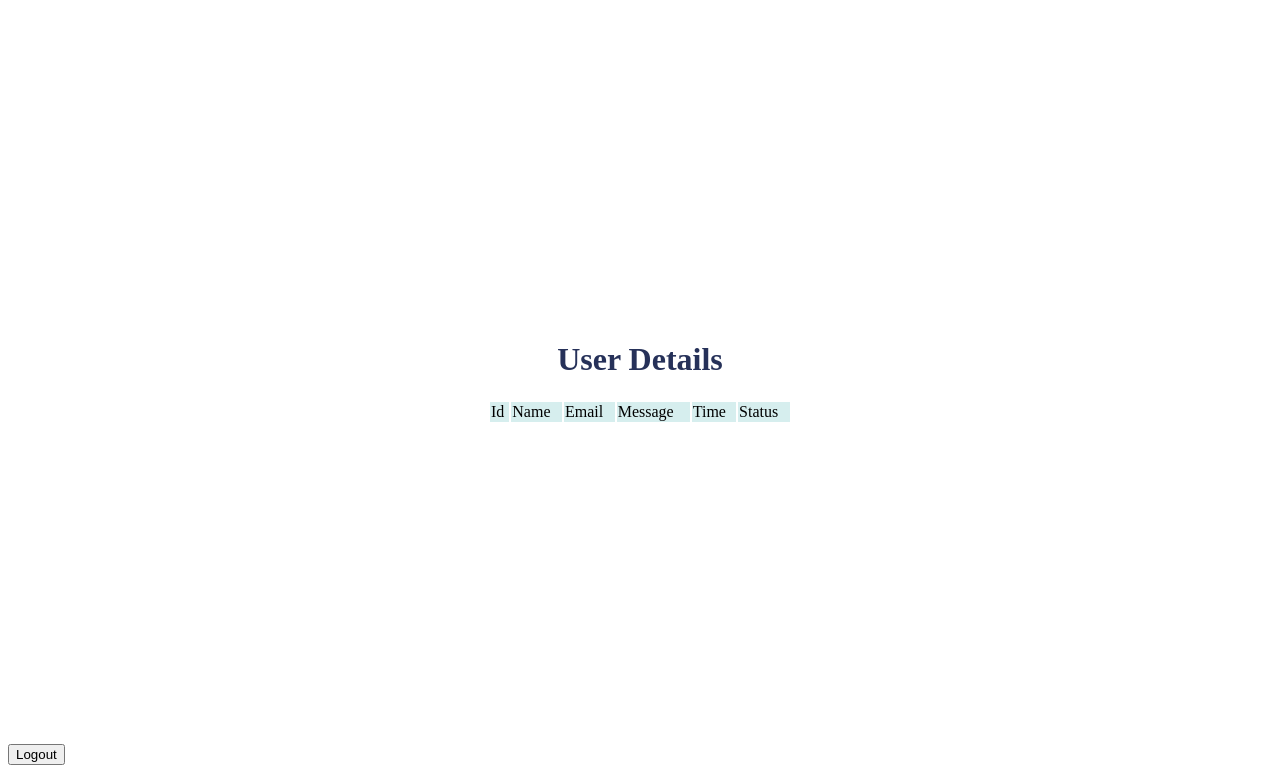
Repository: Shivamkr522/Contact_Us_Page
Page: http://localhost/ContactUs/dashboard
The author's editor kept a copy of each file at every save. The page is drawn from the files as they stood at one save, then again after the next save.
The browser window is 1280 px wide. The pictures show the whole page.
The page is served by Tomcat 9. The session is filled in as if someone had signed in: {"admin": "testuser"}. Other server files are loaded and not shown. Queries for data that is not in the repository find no rows.

Above is the page before, as saved 2022-12-12 06:39:07.

### ContactUs/src/main/webapp/dashboard.jsp
<%@ page language="java" contentType="text/html; charset=UTF-8"
    pageEncoding="UTF-8"  import="java.util.*, com.contactus.Request"%>
<%@ taglib uri="http://java.sun.com/jsp/jstl/core" prefix="c"%>
<!DOCTYPE html>
<html>
<head>
<meta charset="UTF-8">
<title>User Dashboard</title>
<link rel="stylesheet" href="dashboard.css">
</head>
<body>
	<%
		response.setHeader("Cache-Control", "no-cache, no-store, must-revalidate");
		if(session.getAttribute("admin")==null){
			response.sendRedirect("login.jsp");
		}
		session.getAttribute("contactUsData");
	%>
	<div id="table-content">
		<h1>User Details</h1>
		<table>
		<thead>
			<tr>
				<td>Id</td>
				<td>Name</td>
				<td>Email</td>
				<td>Message</td>
				<td>Time</td>
				<td>Status</td>
			</tr>
		</thead>
		<tbody>
			<c:forEach var="sendData" items = "${contactUsData}"  >
				<tr>
					<td>${sendData.getId()}</td>
					<td>${sendData.getName()}</td>
					<td>${sendData.getEmail()}</td>
					<td>${sendData.getMessage()}</td>
					<td>${sendData.getTime()}</td>
					<td>${sendData.getStatus()}</td>
					<td><form action="dashboard" method="post">
            			<input type="hidden" name="id" value="${sendData.getId()}">
            			<button type="submit" name="status"value="${sendData.getStatus()}">${sendData.getStatus()}</button>
            			</form>
            		</td>
				</tr>
			</c:forEach>
		</tbody>
	</table>
	</div>
	<div >
		<form action="LogoutServlet" id="logout">
			<button type="button">Logout</button>
		</form>
	</div>
</body>
</html>

### ContactUs/src/main/java/com/login/DashboardServlet.java
package com.login;
import java.io.IOException;
import java.util.*;

import javax.servlet.RequestDispatcher;
import javax.servlet.ServletException;
import javax.servlet.annotation.WebServlet;
import javax.servlet.http.HttpServlet;
import javax.servlet.http.HttpServletRequest;
import javax.servlet.http.HttpServletResponse;
import javax.servlet.http.HttpSession;

import com.contactus.RequestDAO;
import com.contactus.Request;
@WebServlet("/dashboard")
public class DashboardServlet extends HttpServlet{
	private static final long serialVersionUID = 1L;

	public void doGet(HttpServletRequest request, HttpServletResponse response) throws IOException, ServletException {
		List<Request> contactUsUserData = new ArrayList<>();
		contactUsUserData = RequestDAO.fetchData();
		HttpSession session=request.getSession();
        session.setAttribute("contactUsData",contactUsUserData);

        RequestDispatcher reqDis = request.getRequestDispatcher("dashboard.jsp");
		reqDis.forward(request, response);
	}
	public void doPost(HttpServletRequest request, HttpServletResponse response) throws ServletException, IOException {
        int id = Integer.parseInt(request.getParameter("id"));
        String status = request.getParameter("status");
        Request requestdata = new Request();
        requestdata.setStatus(status);
        requestdata.setId(id);
        RequestDAO requestDao = new RequestDAO();
        try {
            requestDao.changeStatus(requestdata);
        }
        catch (Exception e) {
            e.printStackTrace();
        }
        response.sendRedirect("dashboard");
	}
}

### ContactUs/src/main/java/com/contactus/RequestDAO.java
package com.contactus;

import java.sql.*;
import java.util.ArrayList;
import java.util.List;

public class RequestDAO {
	public static final String DATABASE = "ContactUsDB";
    public static final String HOST_NAME = "localhost";
    public static final String HOST = "5432";
    public static final String USER = "postgres";
    public static final String PASSWORD = "postgres";

	public void saveRequest(Request request) {
		try {
			Class.forName("org.postgresql.Driver");
			Connection con = DriverManager.getConnection("jdbc:postgresql://"+HOST_NAME+":"+HOST+"/"+DATABASE,USER,PASSWORD);
			String query = "Insert Into contactus(fullname, emailid, message, status) values(?,?,?,?)";
			PreparedStatement prep = con.prepareStatement(query);
			prep.setString(1, request.getName());
			prep.setString(2, request.getEmail());
			prep.setString(3, request.getMessage());
			prep.setString(4, "active");
			prep.executeQuery();
			con.close();
		} catch (Exception e) {
			e.printStackTrace();
		}
	}

	public static List<Request> fetchData() {
		List<Request> requestAllUserData = new ArrayList<Request>();
		try {
			Class.forName("org.postgresql.Driver");
			Connection con = DriverManager.getConnection("jdbc:postgresql://"+HOST_NAME+":"+HOST+"/"+DATABASE,USER,PASSWORD);
			String query ="Select * from contactus";
			Statement st =con.createStatement();
			ResultSet rt = st.executeQuery(query);

			while(rt.next()) {
				Request contain = new Request();
				int id=Integer.parseInt(rt.getString(1));
				contain.setId(id);
				contain.setName(rt.getString(2));
				contain.setEmail(rt.getString(3));
				contain.setMessage(rt.getString(4));
				contain.setTime(rt.getString(5));
				contain.setStatus(rt.getString(6));
				requestAllUserData.add(contain);
			}
			return requestAllUserData;
		}
		catch(Exception e){
			e.printStackTrace();
		}
		return null;
	}
	public void changeStatus(Request requestData) throws ClassNotFoundException, SQLException {
        int id = requestData.getId();
        String status = requestData.getStatus();
            if(status.equals("active")) {
            status="archive";
        }
        else {
            status="active";
        }
        String sql ="update contactus set status='"+status+"' where id="+id+";";
        Class.forName("org.postgresql.Driver");
        Connection con= DriverManager.getConnection("jdbc:postgresql://"+HOST_NAME+":"+HOST+"/"+DATABASE,USER,PASSWORD);
        Statement st=con.createStatement();
         st.executeQuery(sql);
    }
}

### ContactUs/src/main/webapp/dashboard.css
@charset "UTF-8";


thead{
	background-color: #D6EEEE;
}

tr {
	border-bottom: 1px solid #ddd;
}

tr:hover{
	background-color: #D6EEEE;
}

h1{
	text-align: center;
	color: #263159;
}

button:hover{
	background-color: #D6EEEE;
}

#table-content{
	display: flex;
	flex-direction: column;
	margin: 20rem 30rem;
}

form #logout{
	text-align: center;
}

After the next save:
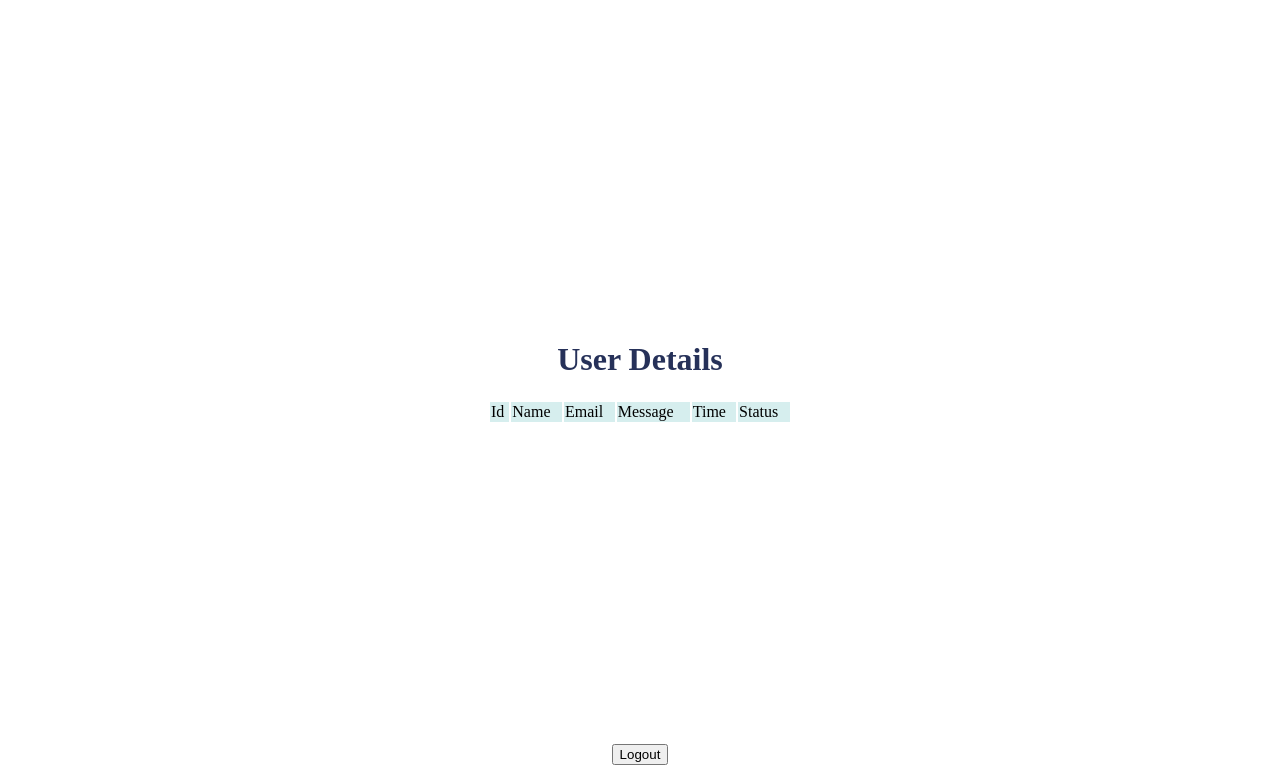
Saved 29 s later.
--- a/ContactUs/src/main/webapp/dashboard.css
+++ b/ContactUs/src/main/webapp/dashboard.css
@@ -28,6 +28,6 @@ button:hover{
 	margin: 20rem 30rem;
 }
 
-form #logout{
+#logout{
 	text-align: center;
 }

After the save that followed:
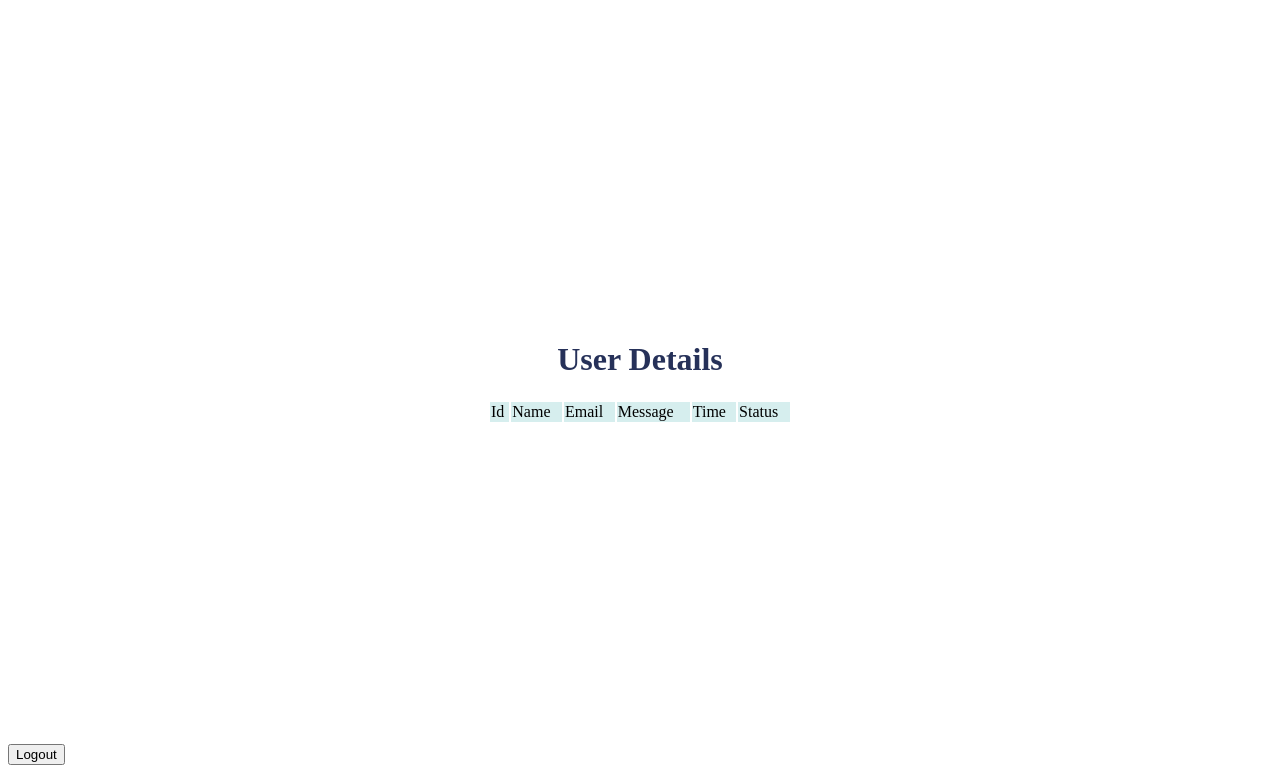
Saved 60 s later.
--- a/ContactUs/src/main/webapp/dashboard.jsp
+++ b/ContactUs/src/main/webapp/dashboard.jsp
@@ -49,8 +49,8 @@
 	</table>
 	</div>
 	<div >
-		<form action="LogoutServlet" id="logout">
-			<button type="button">Logout</button>
+		<form action="LogoutServlet" >
+			<button id="logout" type="button">Logout</button>
 		</form>
 	</div>
 </body>
